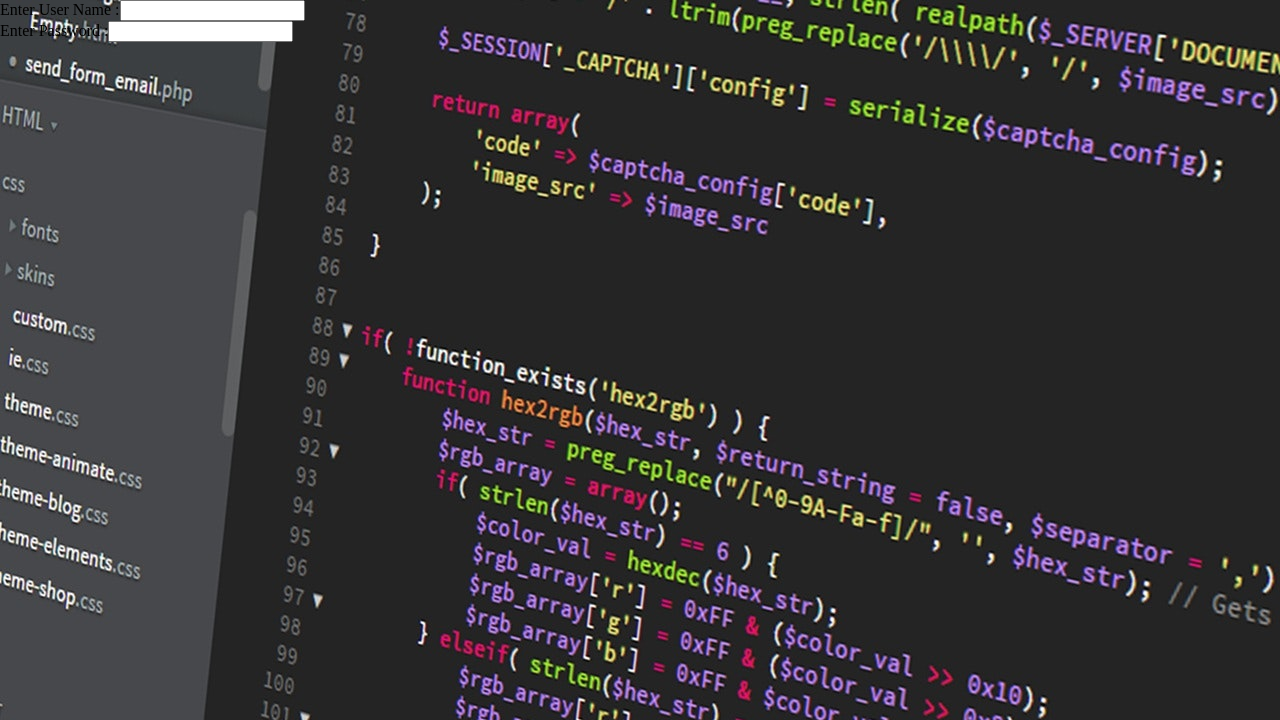
Repository: MyselfAman/Login_Page_Servlet
Page: http://localhost/Login_Page/login.jsp
The author's editor kept a copy of each file at every save. The page is drawn from the files as they stood at one save, then again after the next save.
The browser window is 1280 px wide. The pictures show the whole page.
The page is served by Tomcat 9. Other server files are loaded and not shown.

Above is the page before, as saved 2019-08-06 19:50:19.

### Login_Page/WebContent/login.jsp
<%@ page language="java" contentType="text/html; charset=ISO-8859-1"
    pageEncoding="ISO-8859-1"%>
<!DOCTYPE html>
<html>
<head>
<meta charset="ISO-8859-1">
<title>LearnToCode | Login</title>
<style>
body{
 background-image:url(pic.jpg);
 margin: 0;
 padding: 0;
}


</style>
</head>
<body>
	<form action="login" class="login">
	 Enter User Name :<input type="text" name="username" ><br>
	  Enter Password :<input type="password" name="password"><br>
	  <input type="submit" value="Login>
	</form>
</body>
</html>

After the next save:
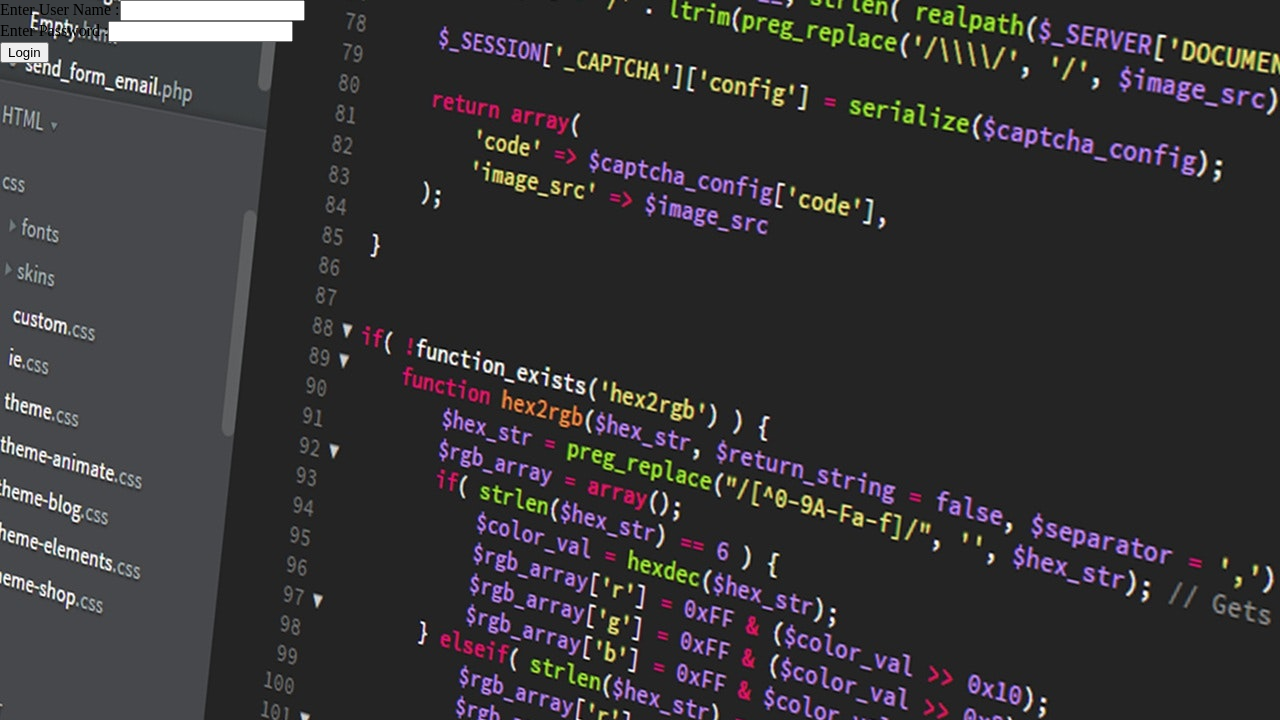
Saved 6 s later.
--- a/Login_Page/WebContent/login.jsp
+++ b/Login_Page/WebContent/login.jsp
@@ -19,7 +19,7 @@ body{
 	<form action="login" class="login">
 	 Enter User Name :<input type="text" name="username" ><br>
 	  Enter Password :<input type="password" name="password"><br>
-	  <input type="submit" value="Login>
+	  <input type="submit" value="Login">
 	</form>
 </body>
 </html>
